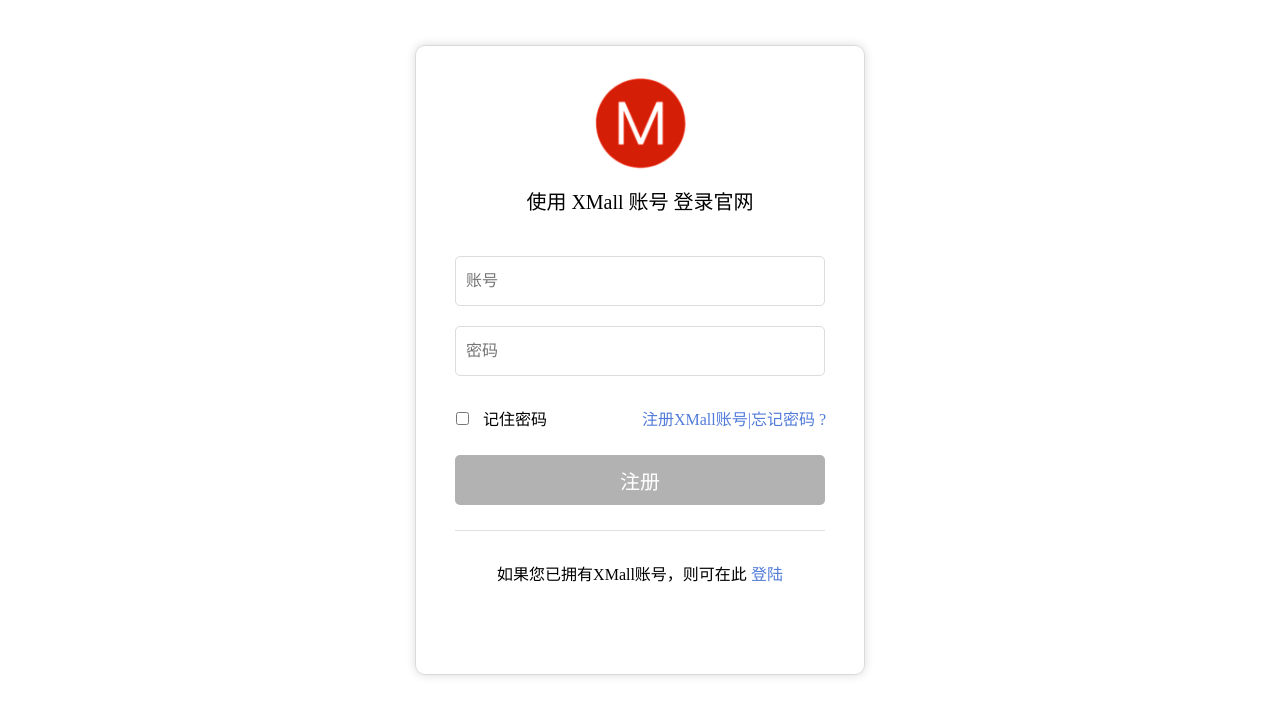
Repository: dingqihui1997/xmall-demo
Page: /signin
An editor plug-in stored every save of this project. The page is shown before and after the next save, followed by the edit.
The browser window is 1280 px wide. The pictures show the whole page.
The project was rebuilt for these pictures with package versions that can differ from the ones it lists, and the page was loaded fresh each time. Also part of the build but not shown: vue.config.js, src/views/Home.vue.

Above is the page before, as saved 2021-06-29 17:47:19.

### src/main.js
import Vue from 'vue'
import App from './App.vue'
import router from './router'
import store from './store'
import ElementUI from 'element-ui';
import 'element-ui/lib/theme-chalk/index.css';
Vue.use(ElementUI);
Vue.config.productionTip = false

new Vue({
  router,
  store,
  render: h => h(App)
}).$mount('#app')

### src/App.vue
<template>
  <div id="app">
    <router-view />
  </div>
</template>

<style lang="scss">
@import "./styles/common";
@import "./styles/ui";
</style>

### src/router/index.js
import Vue from 'vue'
import VueRouter from 'vue-router'
import Home from '../views/Home.vue'

Vue.use(VueRouter)

const routes = [
  {
    path: '/',
    name: 'Home',
    component: Home
  },
  {//登录
    path: '/signin',
    name: 'Signin',
    component: () => import('../components/signin/Signin.vue')
  },
  {//注册
    path: '/register',
    name: 'Register',
    component: () => import('../components/register/Register.vue')
  },


]

const router = new VueRouter({
  mode: 'history',
  base: process.env.BASE_URL,
  routes
})

export default router

### src/styles/common.scss
 * {
     margin: 0;
     padding: 0;
 }

 .center {
     //居中显示
     margin: auto;
     position: absolute;
     top: 0;
     bottom: 0;
     left: 0;
     right: 0;
 }

 * {
     box-sizing: border-box;
 }

 .wi100 {
     width: 100%;
 }

 .hei100 {
     height: 100%;
 }

 .pflex {
     position: fixed;
     /* 固定定位 */
 }

 .flex {
     display: flex;
 }

 .flex-wrap {
     /* 子元素换行排列 */
     display: flex;
     flex-wrap: wrap;
     align-items: center;
 }

 .flex-j {
     display: flex;
     justify-content: center;
     /* 水平方向居中 */
 }

 .flex-a {
     display: flex;
     align-items: center;
     /* 垂直方向居中 */
 }

 .flex-ja {
     /* felx-ja 垂直水平方向居中 */
     display: flex;
     align-items: center;
     justify-content: center;
 }

 .flex-sb {
     /* flex-sb 子元素两边排列 */
     display: flex;
     justify-content: space-between;
 }

 .flex-sba {
     /* flex-sb 子元素两边排列 bing居中 */
     display: flex;
     justify-content: space-between;
     align-items: center;
 }

 .flex-d {
     /* z子元素竖向排列 */
     display: flex;
     flex-direction: column;
 }

 .flex-di {
     /* 子元素竖向排列并居中 */
     display: flex;
     flex-direction: column;
     align-items: center;
 }

 .flex-dj {
     /* 子元素竖向排列并居中 */
     display: flex;
     flex-direction: column;
 }

 .flex-dji {
     /* 子元素竖向排列并水平垂直居中 */
     display: flex;
     flex-direction: column;
     align-items: center;
     justify-content: center;
 }

 .pad-t10 {
     padding-top: 10px;
 }

 .pad-t15 {
     padding-top: 15px;
 }

 .margin-r55 {
     margin-right: 55px;
 }

 .marginauto {
     margin: 0 auto;
 }

 .img100 {
     width: 100%;
     height: 100%;
 }

 .img50 {
     width: 50%;
     height: 50%;
 }

 .imgh100 {
     height: 100%;
 }

 .img45 {
     width: 45%;
     height: 45%;
 }

 .img80 {
     width: 80%;
     height: 80%;
 }

 .font20 {
     font-size: 20px;
 }

 .font18 {
     font-size: 18px;
 }

 .font16 {
     font-size: 16px;
 }

 .font14 {
     font-size: 14px;
 }

 .font12 {
     font-size: 12px;
 }

 .flex1 {
     flex: 1;
 }

 .flex2 {
     flex: 1.5;
 }

 .color30 {
     color: #000000;
 }

 .color3f {
     /* 白色 */
     color: #fff;
 }

 .margin-t10 {
     margin-top: 10px;
 }

 .margin-t5 {
     margin-top: 5px;
 }

 .margin-t20 {
     margin-top: 20px;
 }

 .margin-r5 {
     margin-right: 5px;
 }

 .margin-r15 {
     margin-right: 15px;
 }

 .margin-r10 {
     margin-right: 10px;
 }

 .margin-r20 {
     margin-right: 20px;
 }

 .margin-r30 {
     margin-right: 30px;
 }

 .margin-l10 {
     margin-left: 10px;
 }

 .margin-l20 {
     margin-left: 20px;
 }

 .margin-b10 {
     margin-bottom: 10px;
 }

 .text-de {
     /* 有下划线 */
     text-decoration: underline;
 }

 .text-li {
     text-decoration: line-through;
     /* 删除线 */
 }

 .font-w7 {
     /* 加粗 */
     font-weight: 700;
 }

 .fontstyle-i {
     /* 斜体 */
     font-style: italic;
 }

 .shuoming {
     position: relative;
     top: 55px
 }

 .textr {
     text-align: right;
 }

### src/styles/ui.scss
.login {
    .el-input__inner {
        width: 370px;
        height: 50px;
    }

    .el-input__suffix {
        position: absolute;
        right: 50px;
    }

    .el-input {
        position: relative;
    }
}

### src/components/signin/Signin.vue
<template>
  <!-- 登录页面 -->
  <div class="one">
    <div class="box center flex-d login">
      <div class="top">
        <div class="flex-ja"><img src="../../assets/log1.png" alt="" /></div>
        <div class="flex-ja">使用 XMall 账号 登录官网</div>
      </div>
      <!-- 账号 -->
      <div class="flex-ja name">
        <input type="text" placeholder="账号" class="ipt" v-model="username" />
      </div>
      <!-- 密码 -->
      <div class="flex-ja name">
        <input
          type="password"
          placeholder="密码"
          class="ipt"
          v-model="password"
        />
      </div>
      <div class="flex-sb choice">
        <div>
          <input type="checkbox" class="inpt" v-model="checked" /> 记住密码
        </div>
        <div><span>注册XMall账号|</span><span>忘记密码 ?</span></div>
      </div>
      <div class="flex-ja regis">
        <!-- 动态绑定属性，最先是true禁用状态 -->
        <button
          :disabled="flag"
          :class="{ back: flag === false }"
          @click="goto"
        >
          注册
        </button>
      </div>
      <div class="flex-ja">
        <div class="bottom flex-ja">
          如果您已拥有XMall账号，则可在此<span>&nbsp;登陆</span>
        </div>
      </div>
    </div>
  </div>
</template>

<script>
import axios from "axios";
export default {
  name: "",
  props: {},
  data() {
    return {
      username: "",
      password: "",
      Repeat: "",
      flag: true, //最开始禁用按钮
      checked: false,
    };
  },
  components: {},
  methods: {
    goto() {
      if (this.checked === false) {
        this.$message.error("您未勾选同意我们的相关注册协议");
      }
      if (this.password !== this.Repeat) {
        this.$message.error("两次输入的密码不相同");
      }
      if (this.password === this.Repeat && this.checked === true) {
        axios
          .post("/api/users/register", {
            username: this.username,
            password: this.password,
          })
          .then((res) => {
            console.log(res);
          })
          .catch((err) => {
            console.log("请求失败", err);
          });
      }
    },
  },
  mounted() {},
  computed: {},
  watch: {
    username(val) {
      this.username = val;
    },
    password(val) {
      this.password = val;
    },
    Repeat(val) {
      //账号和密码都输入了内容后，然后就不禁用button
      this.Repeat = val;
      if (this.username !== "" && this.password !== "" && val !== "") {
        this.flag = false;
        // console.log(val);
      } else {
        this.flag = true;
      }
    },
  },
};
</script>

<style lang='scss' scoped>
.box {
  width: 450px;
  height: 630px;
  border: 1px solid #dadada;
  border-radius: 10px;
  box-shadow: 0 0 10px #dadada;
}
.one {
  height: 100vh;
}
.top {
  height: 200px;
  font-size: 20px;
  //   margin-bottom: 35px;
  padding-top: 25px;
}
.top img {
  margin-bottom: 10px;
}
.ipt {
  width: 370px;
  height: 50px;
  outline: none;
  border: 1px #dcdcdc solid;
  border-radius: 5px;
  padding-left: 10px;
  font-size: 16px;
}
button {
  margin: 25px 0px;
  width: 370px;
  height: 50px;
  border-radius: 5px;
  border: none;
  color: #fff;
  font-size: 20px;
  background-color: #b2b2b2; //最开始设置成灰色背景颜色
}

span {
  color: #527bd9;
}

.name {
  margin-top: 10px;
  margin-bottom: 10px;
  text-align: center;
}
.choice {
  margin-top: 20px;
  width: 370px;
  position: relative;
  left: 40px;
}
.regis {
  padding: 0 35px;
}
.inpt {
  margin-right: 10px;
}
.bottom {
  width: 370px;
  border-top: 1px #e0e0df solid;
  padding: 30px 0;
}
.back {
  background-color: #5f86e4; //当按钮不禁用的时候就显示蓝色，然后添加hover的效果
  &:hover {
    background-color: #6283cf;
  }
}
</style>

Loaded but not shown: public/index.html (common file); src/store/index.js (common file)

After the next save:
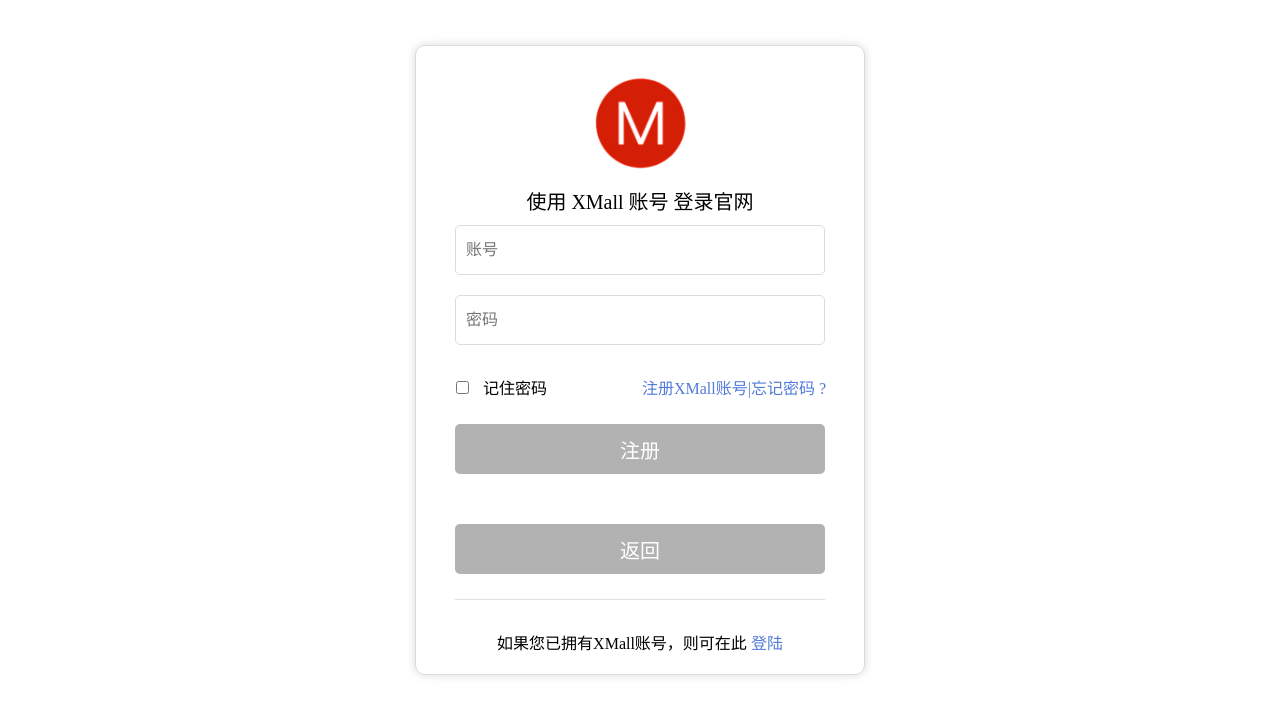
Saved 55 s later.
--- a/src/components/signin/Signin.vue
+++ b/src/components/signin/Signin.vue
@@ -33,6 +33,16 @@
           @click="goto"
         >
           注册
+        </button>
+      </div>
+      <div class="flex-ja regis">
+        <!-- 动态绑定属性，最先是true禁用状态 -->
+        <button
+          :disabled="flag"
+          :class="{ back: flag === false }"
+          @click="goto"
+        >
+          返回
         </button>
       </div>
       <div class="flex-ja">
